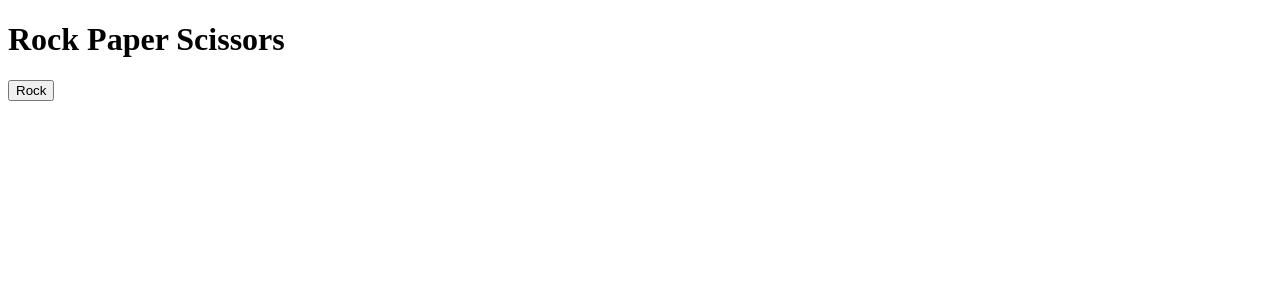
Repository: pgyunknown/Rock_paper_scissors-
Page: index.html
The author's editor kept a copy of each file at every save. The page is drawn from the files as they stood at one save, then again after a run of saves.
The browser window is 1280 px wide. The pictures show the whole page.

Above is the page before, as saved 2024-08-19 22:34:30.
Console error (its wording comes from the project's code and is left out).

### index.html
<!DOCTYPE html>
<html lang="en">
<head>
  <meta charset="UTF-8">
  <meta name="viewport" content="width=device-width, initial-scale=1.0">
  <title>Document</title>
</head>
<body>

  <h1>Rock Paper Scissors</h1>

  <button onclick="
  const randomNumber=Math.random()
    let computerMove='';
    if(randomNumber>=0 && randomNumber< 1/3){
      computerMove='Rock';
    }if(randomNumber>=1/3 && randomNumber< 2/3){
      computerMove='Paper';
    }if(randomNumber>=2/3 && randomNumber< 1){
      computerMove='Scissors';
    }

    let result='';
    if(computerMove==='Rock'){
      result='Tie';
    }else if(computerMove==='Paper'){
      result='Loose';
    }else(computerMove==='Scissors'){
      result='Win';
    }

    alert(`You picked rock. Computer picked ${computerMove}. ${result}`);
  ">Rock</button>

    <script>


    </script>
</body>
</html>

After the next 8 saves:
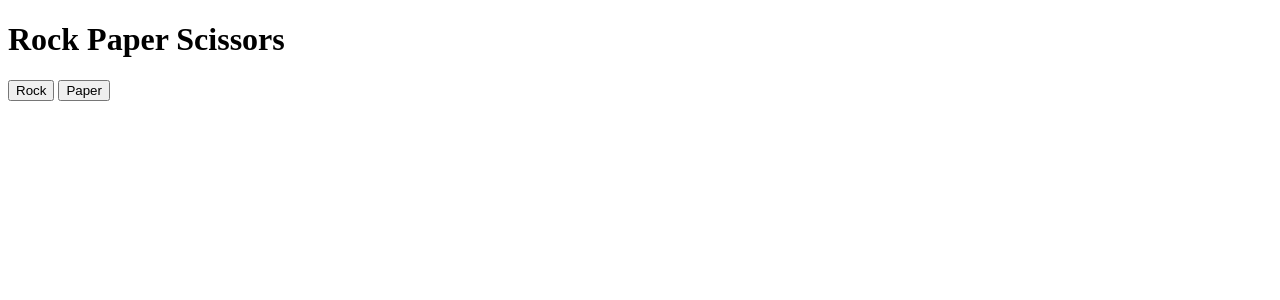
The 8 saves are shown as one change because they came seconds apart.
The last was saved 46 s later.
--- a/index.html
+++ b/index.html
@@ -32,8 +32,9 @@
     alert(`You picked rock. Computer picked ${computerMove}. ${result}`);
   ">Rock</button>
 
+  <button>Paper</button>
+
     <script>
-
 
     </script>
 </body>
